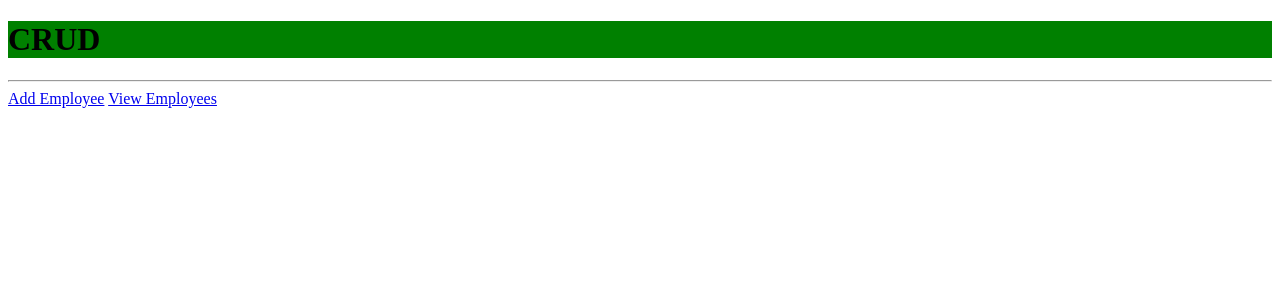
Repository: HarshZanwar2001/CRUD_Oprations_JAVA_JSP_MYSQL
Page: http://localhost/JSP_CRUD_Operation/
These files come from the project's save history. The page is drawn as it stood at one moment and after the next save; the edit follows.
The browser window is 1280 px wide. The pictures show the whole page.
The page is served by Tomcat 9.

Above is the page before, as saved 2024-12-01 05:19:15.

After the next save:
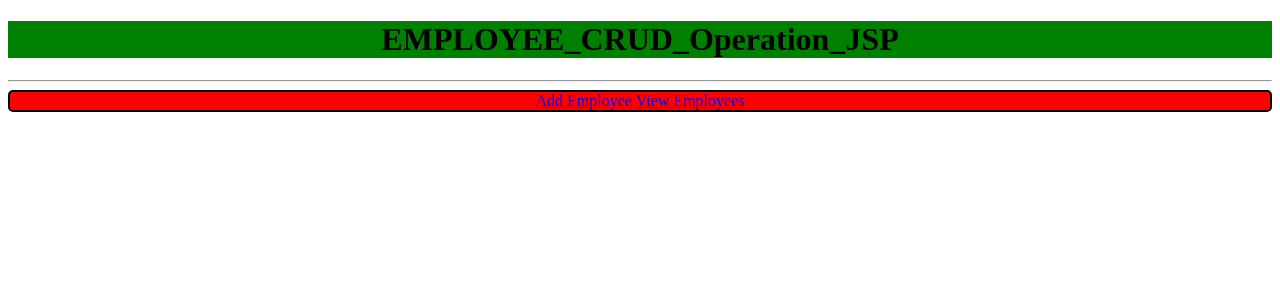
Saved 6 min 55 s later.
--- a/JSP_CRUD_Operation/src/main/webapp/index.jsp
+++ b/JSP_CRUD_Operation/src/main/webapp/index.jsp
@@ -9,7 +9,16 @@
 <style type="text/css">
  #heading{
  background-color: green;
+ text-align: center;
 
+
+ }
+
+ #btnhome{
+ background-color: red;
+ border: 2px solid black;
+ border-radius: 5px;
+ text-align: center;
  }
 
 
@@ -18,10 +27,13 @@
 <body>
 <!-- CRUD(Create Read Update Delete) -->
 <div id="heading">
-<h1>CRUD</h1>
+<h1>EMPLOYEE_CRUD_Operation_JSP</h1>
 </div>
 <hr>
+<div id="btnhome">
 <a href="addEmployee.jsp">Add Employee</a>
 <a href="viewEmployees.jsp">View Employees</a>
+</div>
+
 </body>
 </html>
